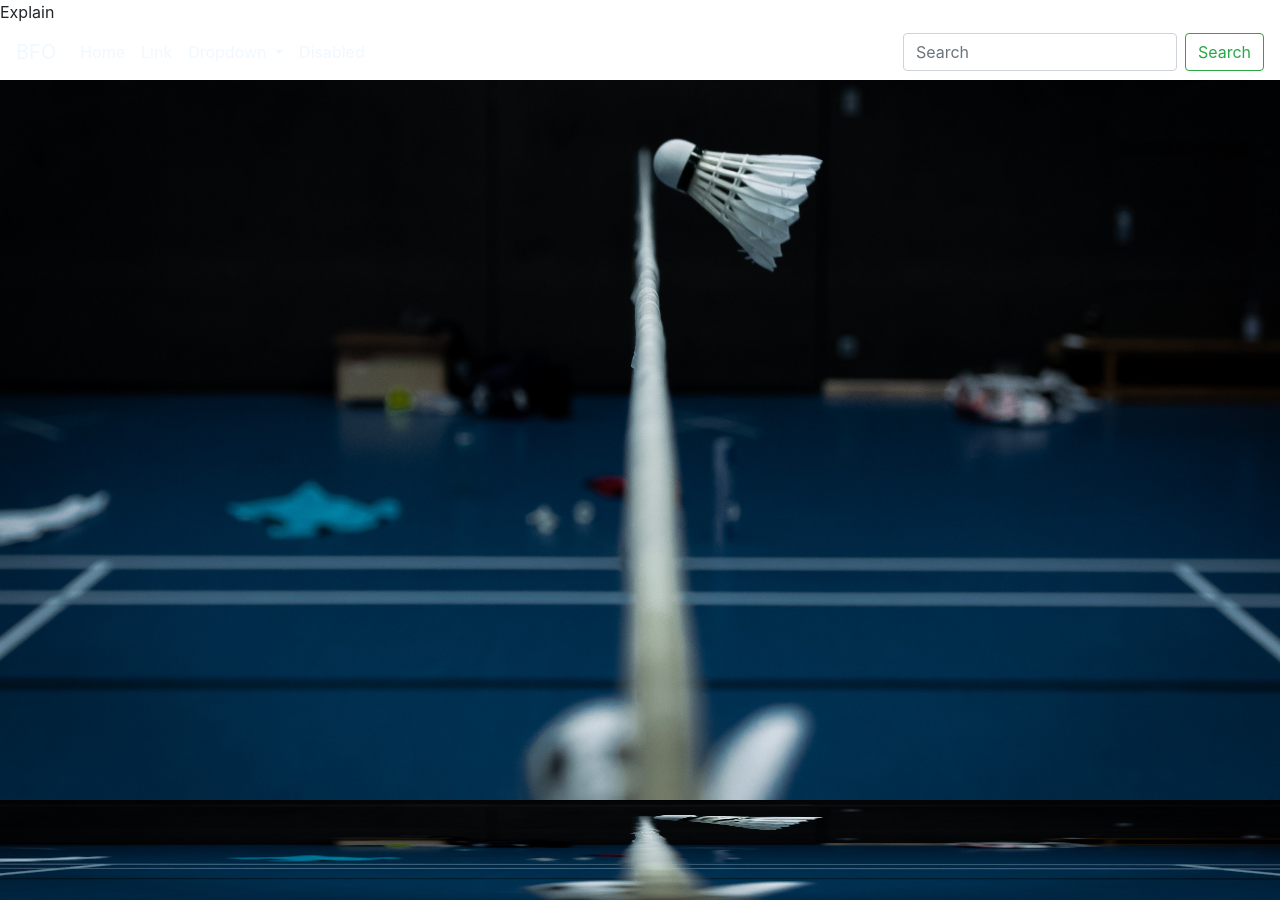
Repository: tsthuy/Badminton
Page: index.html
The author's editor kept a copy of each file at every save. The page is drawn from the files as they stood at one save, then again after the next save.
The browser window is 1280 px wide. The pictures show the whole page.
Some web libraries are served in a nearby version.

Above is the page before, as saved 2023-10-12 21:52:47.

### index.html
<!DOCTYPE html>
<html lang="en">
<head>
    <meta charset="UTF-8">
    <meta name="viewport" content="width=device-width, initial-scale=1.0">
    <link rel="stylesheet" href="https://cdn.jsdelivr.net/npm/bootstrap@4.0.0/dist/css/bootstrap.min.css" integrity="sha384-Gn5384xqQ1aoWXA+058RXPxPg6fy4IWvTNh0E263XmFcJlSAwiGgFAW/dAiS6JXm" crossorigin="anonymous">
    <link rel="stylesheet" href="main.css">

    <title>Badminton</title>
</head>
<body>
    Explain
<nav class="navbar navbar-expand-lg navbar-light bg-light " style="background-color: transparent !important;
">
  <a style="color: aliceblue;" class="navbar-brand" href="#">BFO</a>
  <button class="navbar-toggler" type="button" data-toggle="collapse" data-target="#navbarSupportedContent" aria-controls="navbarSupportedContent" aria-expanded="false" aria-label="Toggle navigation">
    <span class="navbar-toggler-icon"></span>
  </button>

  <div class="collapse navbar-collapse" id="navbarSupportedContent">
    <ul class="navbar-nav mr-auto">
      <li class="nav-item active">
        <a style="color: aliceblue;" class="nav-link" href="#">Home <span class="sr-only">(current)</span></a>
      </li>
      <li class="nav-item">
        <a style="color: aliceblue;" class="nav-link" href="#">Link</a>
      </li>
      <li class="nav-item dropdown">
        <a style="color: aliceblue;" class="nav-link dropdown-toggle" href="#" id="navbarDropdown" role="button" data-toggle="dropdown" aria-haspopup="true" aria-expanded="false">
          Dropdown
        </a>
        <div style="color: aliceblue;" class="dropdown-menu" aria-labelledby="navbarDropdown">
          <a class="dropdown-item" href="#">Action</a>
          <a class="dropdown-item" href="#">Another action</a>
          <div class="dropdown-divider"></div>
          <a class="dropdown-item" href="#">Something else here</a>
        </div>
      </li>
      <li class="nav-item">
        <a style="color: aliceblue;" class="nav-link disabled" href="#">Disabled</a>
      </li>
    </ul>
    <form class="form-inline my-2 my-lg-0">
      <input class="form-control mr-sm-2" type="search" placeholder="Search" aria-label="Search">
      <button class="btn btn-outline-success my-2 my-sm-0" type="submit">Search</button>
    </form>
  </div>
</nav>
   <div class="background_cover">

    <img class="bg_img" src="./Image/stephan-rothe-VePgmkq3hHI-unsplash.jpg" alt="" style="object-fit: cover; height: 100vh; width: 100%;">
   </div>

</body>
<img src="./Image/stephan-rothe-VePgmkq3hHI-unsplash.jpg" alt="" width="100%" height="100vh">
<script src="https://code.jquery.com/jquery-3.2.1.slim.min.js" integrity="sha384-KJ3o2DKtIkvYIK3UENzmM7KCkRr/rE9/Qpg6aAZGJwFDMVNA/GpGFF93hXpG5KkN" crossorigin="anonymous"></script>
<script src="https://cdn.jsdelivr.net/npm/popper.js@1.12.9/dist/umd/popper.min.js" integrity="sha384-ApNbgh9B+Y1QKtv3Rn7W3mgPxhU9K/ScQsAP7hUibX39j7fakFPskvXusvfa0b4Q" crossorigin="anonymous"></script>
<script src="https://cdn.jsdelivr.net/npm/bootstrap@4.0.0/dist/js/bootstrap.min.js" integrity="sha384-JZR6Spejh4U02d8jOt6vLEHfe/JQGiRRSQQxSfFWpi1MquVdAyjUar5+76PVCmYl" crossorigin="anonymous"></script>
    </script>
</html>

Loaded but not shown: main.css (no stored copy; drawn as an empty file)

After the next save:
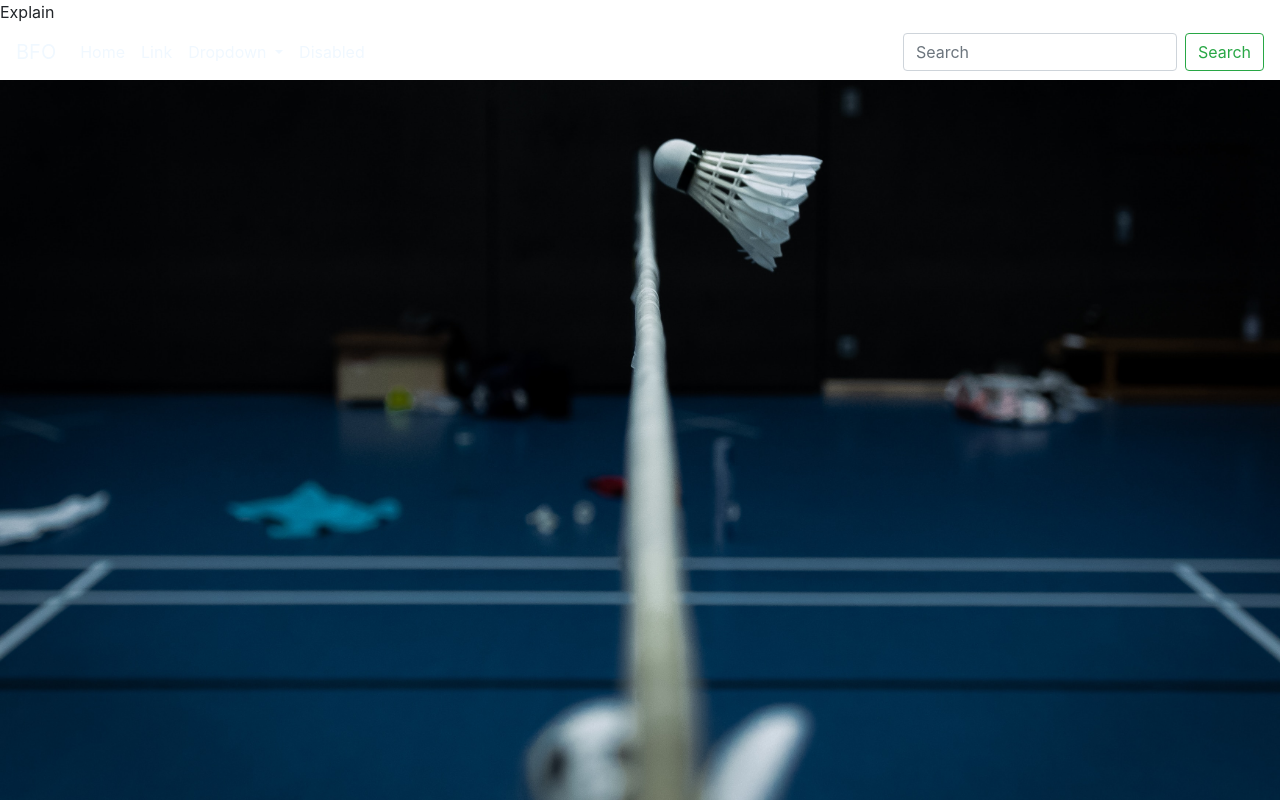
Saved 35 s later.
--- a/index.html
+++ b/index.html
@@ -52,7 +52,7 @@
    </div>
 
 </body>
-<img src="./Image/stephan-rothe-VePgmkq3hHI-unsplash.jpg" alt="" width="100%" height="100vh">
+
 <script src="https://code.jquery.com/jquery-3.2.1.slim.min.js" integrity="sha384-KJ3o2DKtIkvYIK3UENzmM7KCkRr/rE9/Qpg6aAZGJwFDMVNA/GpGFF93hXpG5KkN" crossorigin="anonymous"></script>
 <script src="https://cdn.jsdelivr.net/npm/popper.js@1.12.9/dist/umd/popper.min.js" integrity="sha384-ApNbgh9B+Y1QKtv3Rn7W3mgPxhU9K/ScQsAP7hUibX39j7fakFPskvXusvfa0b4Q" crossorigin="anonymous"></script>
 <script src="https://cdn.jsdelivr.net/npm/bootstrap@4.0.0/dist/js/bootstrap.min.js" integrity="sha384-JZR6Spejh4U02d8jOt6vLEHfe/JQGiRRSQQxSfFWpi1MquVdAyjUar5+76PVCmYl" crossorigin="anonymous"></script>
